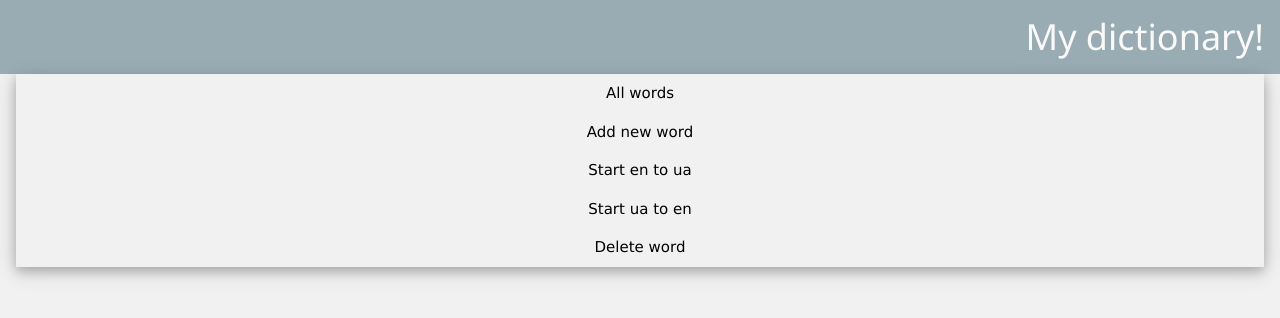
Repository: OleksandrDoskaliukKN313/IIC
Page: WebDictionary/WebContent/index.html
An editor plug-in stored every save of this project. The page is shown before and after the next save, followed by the edit.
The browser window is 1280 px wide. The pictures show the whole page.

Above is the page before, as saved 2020-10-12 10:03:46.

### WebDictionary/WebContent/index.html
<!DOCTYPE html>
<html>
<head>
<meta charset="UTF-8">
<title>Insert title here</title>
<link rel="stylesheet" href="w3.css">
</head>
<body class="w3-light-grey">
<div class="w3-container w3-blue-grey w3-opacity w3-right-align">
        <h1>My dictionary!</h1>
    </div>
    <div class="w3-container w3-center">       <!-- content -->
        <div class="w3-card-4 w3-flex">    <!-- buttons holder -->
            <button class="w3-btn w3-hover-green w3-round-large" onclick="location.href='allWords'">All words</button>
            <button class="w3-btn w3-hover-green w3-round-large" onclick="location.href='addWord'">Add new word</button>
            <button class="w3-btn w3-hover-green w3-round-large" onclick="location.href='en_ua'">Start en to ua</button>
            <button class="w3-btn w3-hover-green w3-round-large" onclick="location.href='ua_en'">Start ua to en</button>
            <button class="w3-btn w3-round-large" onclick="location.href='deleteWord'">Delete word</button>
        </div>
    </div>
</body>
</html>

Loaded but not shown: WebDictionary/WebContent/w3.css (library)

After the next save:
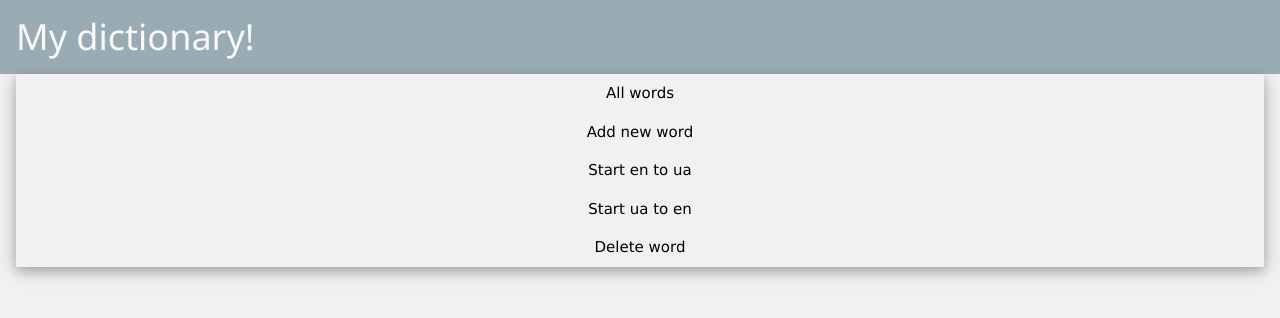
Saved 43 s later.
--- a/WebDictionary/WebContent/index.html
+++ b/WebDictionary/WebContent/index.html
@@ -6,7 +6,7 @@
 <link rel="stylesheet" href="w3.css">
 </head>
 <body class="w3-light-grey">
-<div class="w3-container w3-blue-grey w3-opacity w3-right-align">
+<div class="w3-container w3-blue-grey w3-opacity w3-left-align">
         <h1>My dictionary!</h1>
     </div>
     <div class="w3-container w3-center">       <!-- content -->
@@ -15,7 +15,7 @@
             <button class="w3-btn w3-hover-green w3-round-large" onclick="location.href='addWord'">Add new word</button>
             <button class="w3-btn w3-hover-green w3-round-large" onclick="location.href='en_ua'">Start en to ua</button>
             <button class="w3-btn w3-hover-green w3-round-large" onclick="location.href='ua_en'">Start ua to en</button>
-            <button class="w3-btn w3-round-large" onclick="location.href='deleteWord'">Delete word</button>
+            <button class="w3-btn w3-hover-green w3-round-large" onclick="location.href='deleteWord'">Delete word</button>
         </div>
     </div>
 </body>
